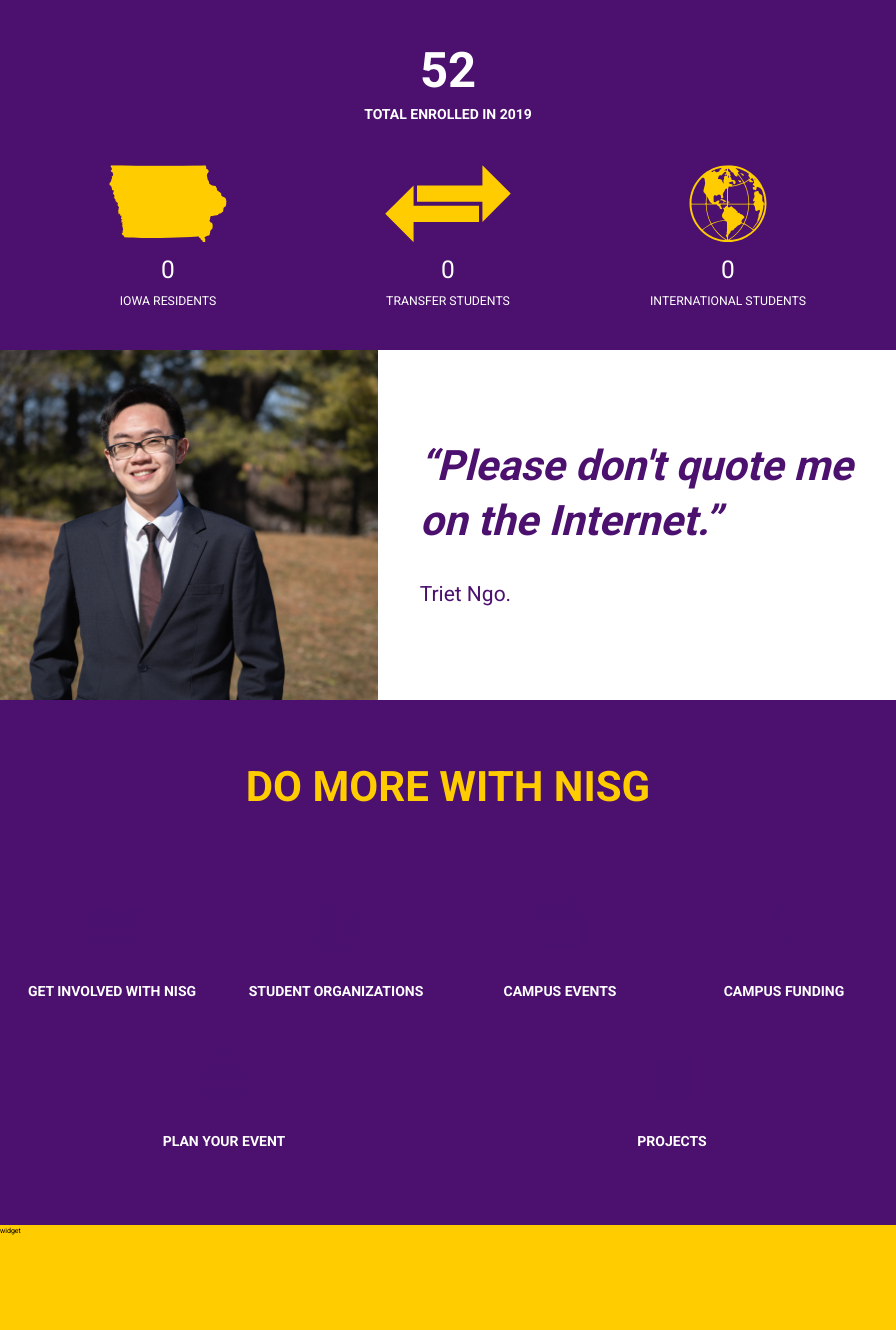
Repository: trietngo/nisg
Page: index.html
An editor plug-in stored every save of this project. The page is shown before and after the next save, followed by the edit.
The browser window is 1280 px wide. The pictures show the part of the page from y = 720 to 2620 px (the page is 3270 px tall), at 70% of full size.
Some web fonts or font styles are not loaded; a fallback is used. The style sheet was rebuilt from its Sass, Less or Tailwind sources for each picture, by a compiler version that may differ from the author's.

Above is the page before, as saved 2020-08-29 15:07:20.
Console error: TypeError: Cannot read properties of undefined (reading 'toString')

### index.html
<!DOCTYPE html>
<html lang="en">
    <head>
        <meta charset="UTF-8">
        <meta name="viewport" content="width=device-width, initial-scale=1.0">

        <link href="https://fonts.googleapis.com/css2?family=Roboto:wght@100;300;400;500;700;900&display=swap" rel="stylesheet">
        <link href="https://fonts.googleapis.com/css2?family=Sedgwick+Ave&display=swap" rel="stylesheet">
        <link href="https://fonts.googleapis.com/css2?family=Sriracha&display=swap" rel="stylesheet">

        <link rel="stylesheet" href="css/style.css">

        <title>Proposed NISG Website</title>
    </head>

    <body>

        <header class="header">
            <div class="header__upper">
                <div class="header__container--left">
                    <img class="header__logo" src="img/New NISG Logo - White-01.png" alt="NISG Logo">
                    <div class="header__title">Northern Iowa Student Government</div>
                </div>

                <div class="header__container--right">
                    <a href="https://uni.edu" class="header__external">VISIT UNI WEBSITE</a>

                    <input type="text" name="" class="header__searchbar" id="" placeholder="Search NISG">
                    <ul class="header__nav">
                        <li><a class="header__link" href="#">News</a></li>
                        <li><a class="header__link" href="#">Resources</a></li>
                        <li><a class="header__link" href="#">Services</a></li>
                        <li><a class="header__link" href="#">Applications</a></li>
                        <li><a class="header__link" href="#">Student Organizations</a></li>
                        <li><a class="header__link" href="#">About</a></li>
                        <li><a class="header__link btn header__contact" href="#">Contact Us</a></li>
                    </ul>
                </div>
            </div>

            <div class="header__lower">

                <video class="header__video" autoplay muted loop>
                    <source src="img/Website.mp4" type="video/mp4">
                </video>

                <div class="header__overlay">
                    <p class="header__overlay--title">BY UNI STUDENTS.<br>FOR UNI STUDENTS.</p>
                    <p class="header__overlay--subtitle">Serving UNI students is NISG's top priority.</p>
                    <a href="#" class="header__overlay--about btn">About NISG</a>
                </div>

            </div>

        </header>

        <main>

            <section id="enroll">
                <div class="enrollment">
                    <div class="enrollment__total">
                        <div class="enrollment__total--title counter" title="10497">
                            0
                        </div>

                        <div class="enrollment__total--subtitle">TOTAL ENROLLED IN 2019</div>

                    </div>

                    <div class="enrollment__breakdown">
                        <div class="enrollment__category">
                            <img class="enrollment__category--icon" src="img/iowa-icon.svg" alt="Iowa icon">
                            <p class="enrollment__category--title counter" title="9394">0</p>
                            <p class="enrollment__category--subtitle">IOWA RESIDENTS</p>
                        </div>
                        <div class="enrollment__category">
                            <img class="enrollment__category--icon" src="img/transfer-icon.svg" alt="Transfer icon">
                            <p class="enrollment__category--title counter" title="2568">0</p>
                            <p class="enrollment__category--subtitle">TRANSFER STUDENTS</p>
                        </div>
                        <div class="enrollment__category">
                            <img class="enrollment__category--icon" src="img/globe-icon.svg" alt="Globe icon">
                            <p class="enrollment__category--title counter" title="385">0</p>
                            <p class="enrollment__category--subtitle">INTERNATIONAL STUDENTS</p>
                        </div>
                    </div>
                </div>
            </section>

            <section id="quotes">
                <div class="testimonials">

                    <img class="testimonials__img" src="img/Triet.jpg" alt="">

                    <div class="testimonials__quote">
                        <p class="quote">&ldquo;Please don't quote me on the Internet.&rdquo;</p>

                        <p class="subquote">Triet Ngo.</p>
                    </div>

                </div>
            </section>

            <section id="services">
                <div class="selection">

                    <div class="selection__title">
                        DO MORE WITH NISG
                    </div>

                    <div class="selection__wrapper">
                        <a href="#" class="selection__link">
                            <div class="selection__items">
                                <img class="selection__icon" src="img/SVG/briefcase.svg" alt="holding-hands">
                                <p class="selection__details">GET INVOLVED WITH NISG</p>
                            </div>
                        </a>

                        <a href="#" class="selection__link">
                            <div class="selection__items">
                                <img class="selection__icon" src="img/SVG/users.svg" alt="holding-hands">
                                <p class="selection__details">STUDENT ORGANIZATIONS</p>
                            </div>
                        </a>

                        <a href="#" class="selection__link">
                            <div class="selection__items">
                                <img class="selection__icon" src="img/SVG/calendar.svg" alt="holding-hands">
                                <p class="selection__details">CAMPUS EVENTS</p>
                            </div>
                        </a>

                        <a href="#" class="selection__link">
                            <div class="selection__items">
                                <img class="selection__icon" src="img/SVG/credit.svg" alt="holding-hands">
                                <p class="selection__details">CAMPUS FUNDING</p>
                            </div>
                        </a>

                        <a href="#" class="selection__link">
                            <div class="selection__items">
                                <img class="selection__icon" src="img/SVG/cake.svg" alt="holding-hands">
                                <p class="selection__details">PLAN YOUR EVENT</p>
                            </div>
                        </a>

                        <a href="#" class="selection__link">
                            <div class="selection__items">
                                <img class="selection__icon" src="img/SVG/clipboard.svg" alt="holding-hands">
                                <p class="selection__details">PROJECTS</p>
                            </div>
                        </a>
                    </div>
                </div>
            </section>

            <section id="news">
                <div class="widget">
                    widget
                </div>
            </section>

        </main>

        <footer class="footer">
            footer
        </footer>

        <script src="script.js"></script>
    </body>
</html>

### script.js
const counters = document.querySelectorAll(".counter"); // Select all elements with "counter" class
const speed = 200;

counters.forEach(counter => {

    const updateCount = () => {
        const target = +counter.getAttribute('title'); // Total
        let count = +counter.innerText; // Current count

        const inc = Math.floor(target / speed); //increment

        function numberWithCommas(count) {
            return count.toString().replace(/\B(?=(\d{3})+(?!\d))/g, ",");
        }

        if (count < target) {
            counter.innerText = count + inc;
            numberWithCommas();
            setTimeout(updateCount, 1);
        } else {
            counter.innerText = target;
        }

    }
    updateCount();
});

### sass/main.scss
@import "abstract/variables";

@import "base/base";
@import "base/typography";

@import "components/button";

@import "layout/enrollment";
@import "layout/footer";
@import "layout/header";
@import "layout/news";
@import "layout/services";
@import "layout/testimonials";

### sass/abstract/_variables.scss
// COLORS

$color-primary: #4c116f;
$color-secondary: #ffcc00;
$color-tertiary: #ffffff;

### sass/base/_typography.scss
body {
    font-family: 'Roboto', sans-serif;
    font-weight: 400;
    line-height: 1.7;
}

.header__searchbar {
    font-family: 'Roboto', sans-serif;
    font-weight: 400;
    font-size: 1.5rem;
}

.header__overlay {

    &--title {
        font-family: 'Roboto', sans-serif;
        font-weight: 700;
        font-size: 6rem;
        line-height: 1.2;
    }

    &--subtitle {
        font-size: 1.75rem;
    }

    &--about {
        font-size: 2.5rem;
        font-weight: 700;
    }
}

### sass/components/_button.scss
.btn {
    color: $color-secondary !important;
    border: .2rem solid $color-secondary;
    border-radius: 1.5rem;
    padding: 1rem 2rem !important;
    transition: all .3s;
    text-decoration: none;

    &:hover {
        color: $color-primary !important;
        border-color: none;
        background-color: $color-secondary;
        transition: all .3s;
    }
}

### sass/layout/_enrollment.scss
.enrollment {
    background-color: $color-primary;
    height: 50rem;
    display: flex;
    flex-direction: column;
    align-items: center;
    justify-content: space-evenly;
    color: $color-tertiary;
    position: relative;

    @media screen and (max-width: 702px) {
        height: 70rem;
    }

    @media screen and (max-width: 515px) {
        height: 100rem;
    }

    &__total {
        text-align: center;
        font-weight: 700;

        &--title {
            font-size: 7rem;
            line-height: 1.3;
        }

        &--subtitle {
            font-size: 2rem;
        }

    }

    &__breakdown {
        display: flex;
        flex-wrap: wrap;
        align-items: flex-end;

        @media screen and (max-width: 515px) {
            flex-direction: column;
        }
    }

    &__category {
        flex: 1;
        display: flex;
        flex-direction: column;
        width: 40rem;

        @media screen and (max-width: 515px) {
            padding: 2rem;
        }

        &--icon {
            height: 12rem;
            padding-bottom: 1rem;
        }

        &--title {
            font-size: 3.5rem;
            text-align: center;
        }

        &--subtitle {
            font-size: 1.75rem;
            text-align: center;
            white-space: nowrap;
        }
    }
}

### sass/layout/_footer.scss
.footer {
    height: 30rem;
    background-color: $color-tertiary;
}

### sass/layout/_header.scss
.header {

    display: flex;
    flex-direction: column;
    height: 100vh;

    &__container--left {
        flex: 1;
        padding: 3rem 7rem;
    }

    &__container--right {
        flex: 3;
        display: flex;
        flex-direction: column;
        align-items: flex-end;
        justify-content: space-between;
        padding-bottom: 3rem;
    }

    &__upper {
        background-color: $color-primary;
        flex: 0 1 22.5rem;
        display: flex;
        flex-wrap: wrap;
    }

    &__logo {
        height: 15rem;
    }

    &__title {
        font-size: 2rem;
        font-weight: 700;
        color: $color-tertiary;
        white-space: nowrap;
    }

    &__link {
        text-decoration: none;
        font-size: 2rem;
        font-weight: 700;
        color: $color-tertiary;
        padding: 0 3.5rem;
        transition: all .3s;
        white-space: nowrap;

        &:hover {
            color: $color-secondary;
            transition: all .3s;
        }
    }

    &__nav {
        list-style-type: none;
        display: flex;
        padding-right: 6rem;
        align-content: center;
        flex-wrap: wrap;
    }


    &__external {
        display: inline;
        background-color: $color-secondary;
        padding: 2rem 5rem;
        clip-path: polygon(0 0, 100% 0, 100% 100%, 15% 100%);
        text-decoration: none;
        font-size: 2rem;
        font-weight: 700;
    }

    &__video {
        width: 100%;
        height: 100%;
        object-fit: cover;
        opacity: 0.5;
        overflow: hidden;
        position: absolute;
    }

    &__searchbar {
        border: none;
        padding: 1rem;
        padding-right: 2rem;
        padding-left: 6rem;
        text-align: right;
        border-radius: 2rem;
        margin-right: 6rem;

        &:focus {
            outline: none;
        }
    }

    &__contact {
        margin-left: 2.5rem;
    }

    //OVERLAY

    &__lower {
        background-color: $color-primary;
        flex: 1 0 40rem;
        position: relative;
    }

    &__overlay {
        height: 100%;
        width: 100%;
        display: flex;
        flex-direction: column;
        align-items: center;
        justify-content: center;
        color: $color-secondary;

        position: absolute;

        &--title {
            margin: 2rem;
            text-align: center;
        }

        &--about {
            display: inline-block;
            margin: 4rem;
        }
    }
}

### sass/layout/_news.scss
.widget {
    height: 50rem;
    background-color: $color-secondary;
}

### sass/layout/_services.scss
.selection {
    height: 50rem;
    background-color: $color-primary;
    display: flex;
    flex-direction: column;
    justify-content: space-evenly;
    align-items: center;

    @media screen and (max-width: 1816px) {
        height: 75rem;
    }

    @media screen and (max-width: 916px) {
        height: 100rem;
    }

    @media screen and (max-width: 616px) {
        height: 175rem;
    }

    &__title {
        color: $color-secondary;
        font-size: 6rem;
        font-weight: 700;
        text-align: center;
    }

    &__wrapper {
        display: flex;
        justify-items: flex-start;
        flex-wrap: wrap;
    }

    &__items {
        display: flex;
        flex-direction: column;
        width: 30rem;
        flex: 1;
        margin: 3rem 0;

    }

    &__icon {
        height: 8rem;
        margin-bottom: 4rem;
    }

    &__link {
        text-decoration: none;
        color: $color-tertiary;
        font-size: 2rem;
        font-weight: 700;
        display: flex;
        flex: 1;
        transition: all .3s;

        &:hover {
            transform: scale(1.2);
            transition: all .3s;
        }

        &:active {
            transform: scale(1.1);
        }
    }

    &__details {
        text-align: center;
    }
}

### sass/layout/_testimonials.scss
.testimonials {
    height: 50rem;
    background-color: $color-tertiary;
    display: flex;
    flex-wrap: wrap;

    @media screen and (max-width: 702px) {
        flex-direction: column;
        height: 80rem;
    }

    &__img {
        flex: 1;
        height: 100%;
        object-fit: cover;
        overflow: hidden;

        @media screen and (max-width: 702px) {
            width: 100%;
            flex: 2;
        }
    }

    &__quote {
        flex: 1.15;
        padding: 6rem;
        color: $color-primary;
        display: flex;
        flex-direction: column;
        justify-content: center;

        @media screen and (max-width: 702px) {
            flex: 1;
        }
    }

}

.quote {
    font-size: 6rem;
    font-weight: 700;
    font-style: italic;
    line-height: 1.3;
    margin: 2rem 0;
}

.subquote {
    font-size: 3rem;
    margin: 2rem 0;
}

Loaded but not shown: sass/base/_base.scss (common file)

After the next save:
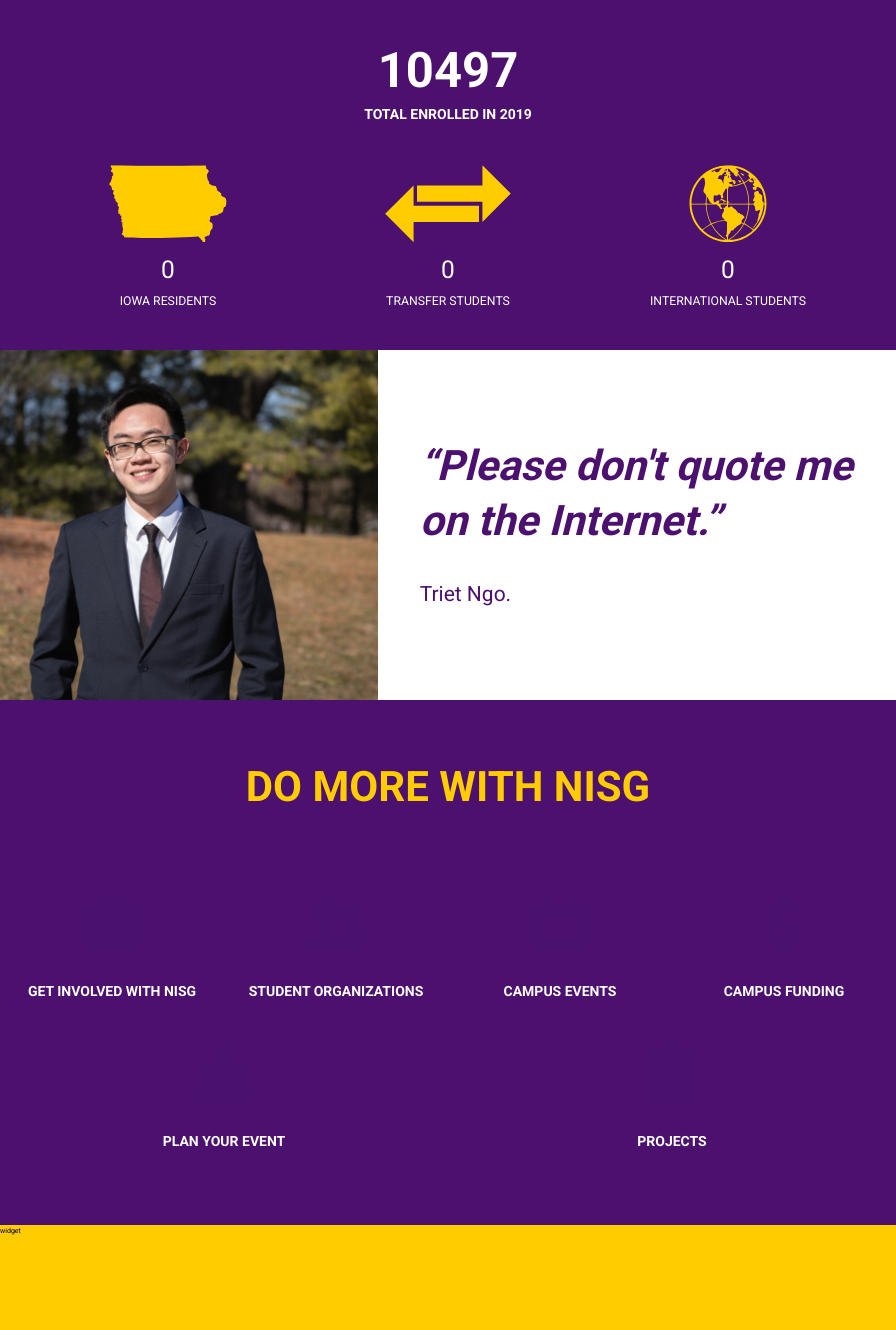
Saved 9 s later.
--- a/script.js
+++ b/script.js
@@ -15,8 +15,8 @@
 
         if (count < target) {
             counter.innerText = count + inc;
+            setTimeout(updateCount, 1);
             numberWithCommas();
-            setTimeout(updateCount, 1);
         } else {
             counter.innerText = target;
         }

After the save that followed:
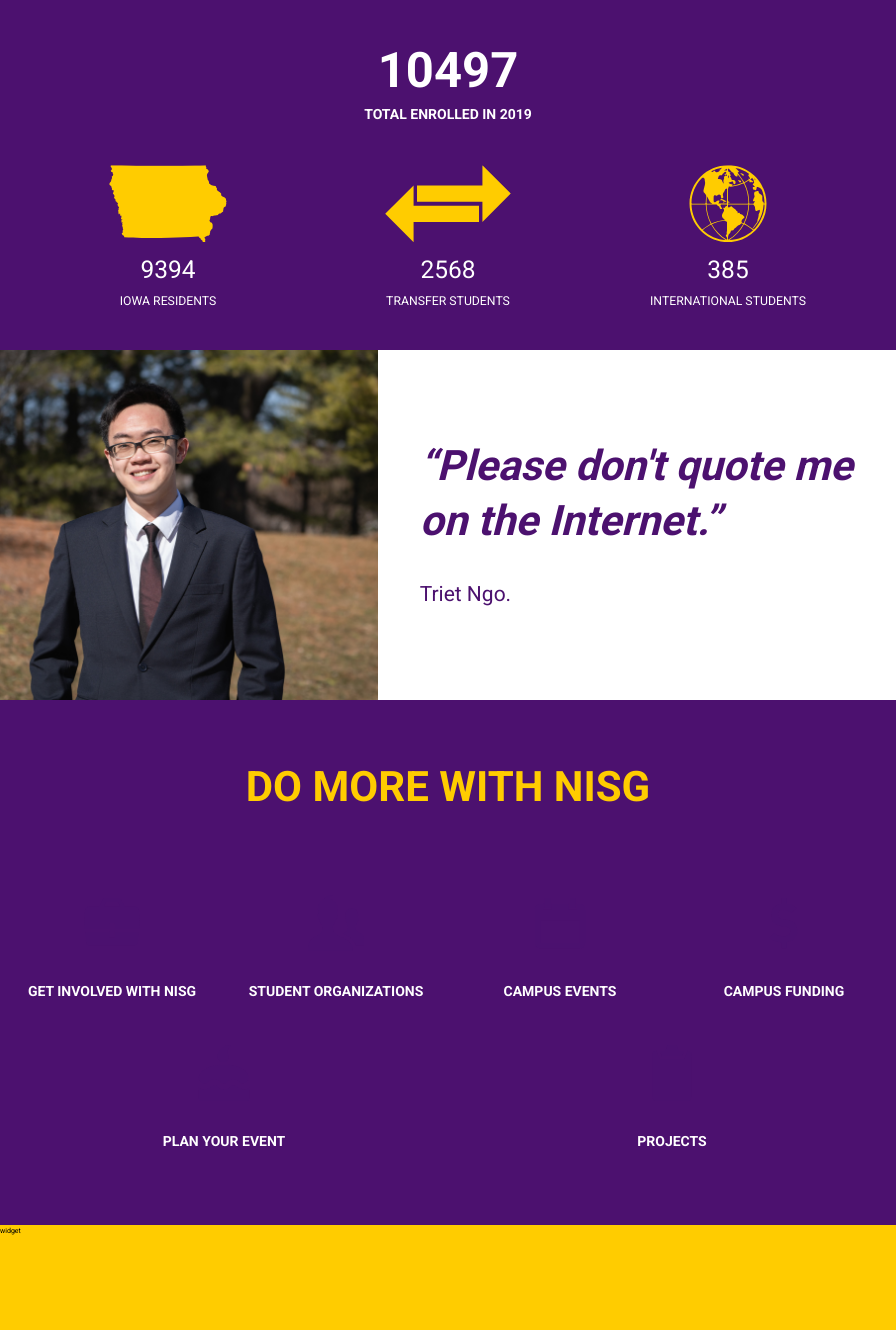
The error is gone.
Saved 5 s later.
--- a/script.js
+++ b/script.js
@@ -16,7 +16,6 @@
         if (count < target) {
             counter.innerText = count + inc;
             setTimeout(updateCount, 1);
-            numberWithCommas();
         } else {
             counter.innerText = target;
         }
